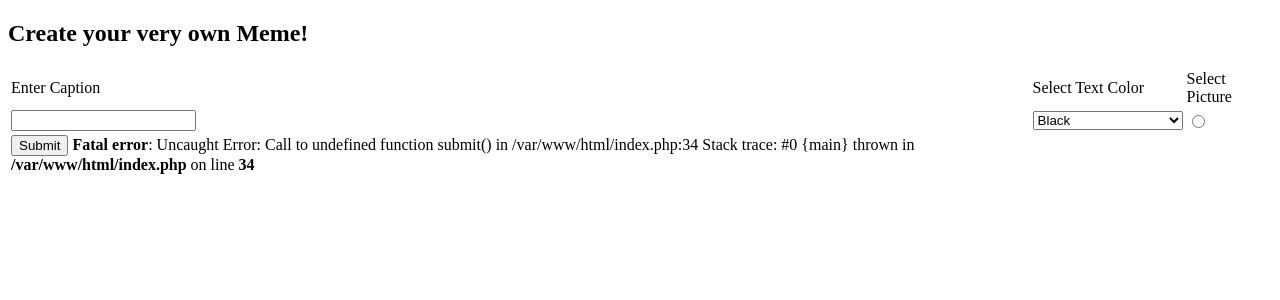
Repository: HyveMynd/htdocs
Page: http://localhost/
The author's editor kept a copy of each file at every save. The page is drawn from the files as they stood at one save, then again after the next save.
The browser window is 1280 px wide. The pictures show the whole page.
Some web libraries are served in a nearby version. The page is run by PHP 8.4 with error messages shown; the project is at /var/www/html/.

Above is the page before, as saved 2013-01-27 19:39:51.
Console error (its wording comes from the project's code and is left out).

### PS2/index.php
<!DOCTYPE html PUBLIC "-//W3C//DTD HTML 4.01 Transitional//EN" "http://www.w3.org/TR/html4/loose.dtd">
<html>
<head>
<meta http-equiv="Content-Type" content="text/html; charset=UTF-8">
<script type="text/javascript" src="https://ajax.googleapis.com/ajax/libs/jquery/1.7.1/jquery.min.js"></script>
<!--<link rel="stylesheet" href="MemoryStyle.css" type="text/css" /> -->
<title>Meme Generator</title>
</head>
<body>
	<form method=get action=YourMeme.php>
	<h2>Create your very own Meme!</h2>
		<table>
			<tr>
				<td>Enter Caption</td>
				<td>Select Text Color</td>
				<td>Select Picture</td>
			</tr>
			<tr>
				<td><input type="text" name=caption value="" /></td>
				<td>
					<select name=textColor onchange=<?php  ?>>
						<option value='black' selected="selected">Black</option>
						<option value='red'>Red</option>
						<option value='white'>White</option>
						<option value='whiteBlack'>White w/Black Border</option>
					</select>
				</td>
				<td>
					<input type="radio" value='Philosyraptor' />

				</td>
			</tr>
			<tr>
				<td><input type="button" value="Submit" onclick=<?php submit(); ?> /></td>
			</tr>
		</table>
	</form>
</body>
</html>

<?php

function sumbit(){

}

?>

After the next save:
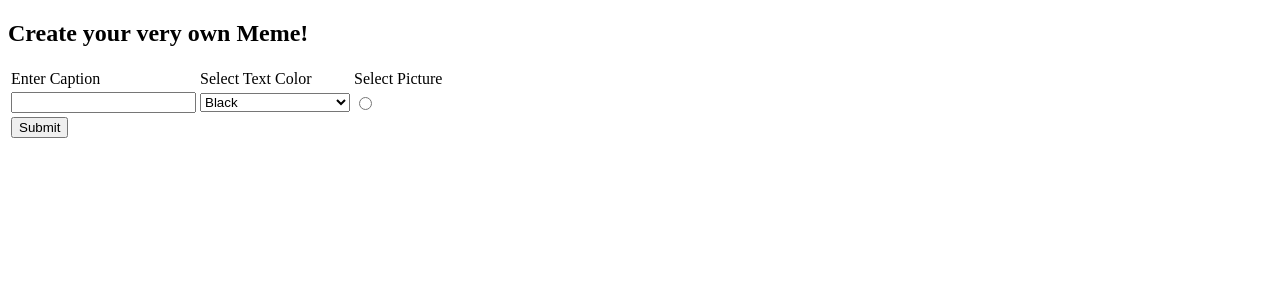
The error is gone.
Saved 32 s later.
--- a/PS2/index.php
+++ b/PS2/index.php
@@ -31,7 +31,7 @@
 				</td>
 			</tr>
 			<tr>
-				<td><input type="button" value="Submit" onclick=<?php submit(); ?> /></td>
+				<td><input type="submit" value=Submit /></td>
 			</tr>
 		</table>
 	</form>
